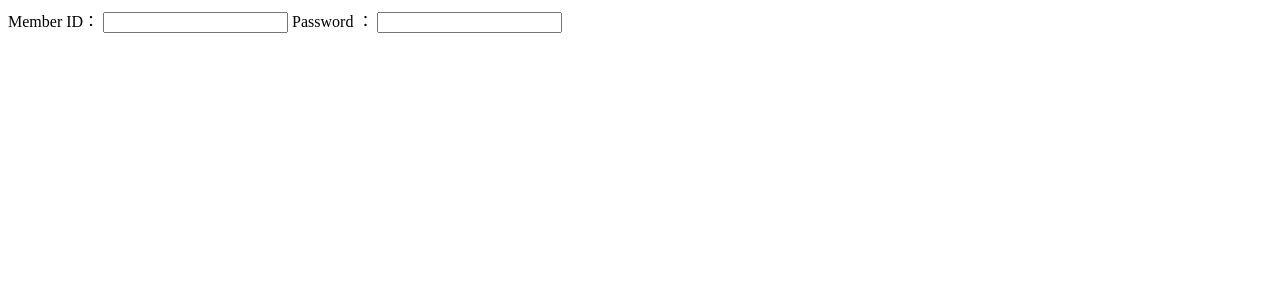
Repository: aiueo20/18ca0155
Page: SSP/kadai0302/WebContent/index.html
The author's editor kept a copy of each file at every save. The page is drawn from the files as they stood at one save, then again after the next save.
The browser window is 1280 px wide. The pictures show the whole page.

Above is the page before, as saved 2018-12-03 03:14:44.

After the next save:
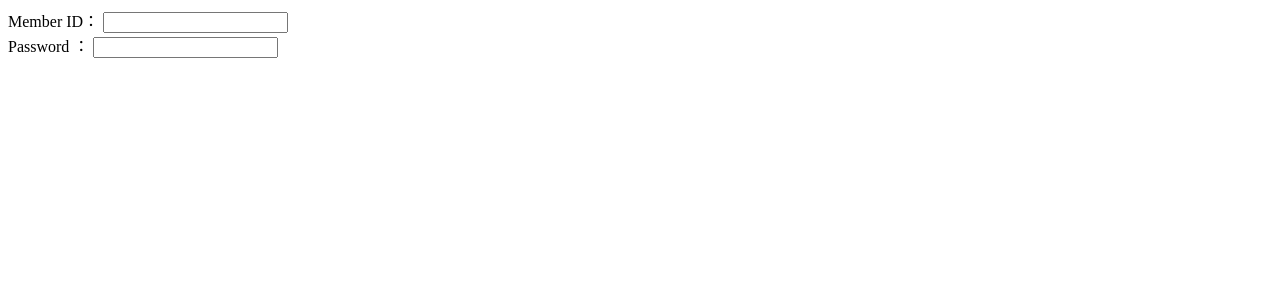
Saved 10 s later.
--- a/SSP/kadai0302/WebContent/index.html
+++ b/SSP/kadai0302/WebContent/index.html
@@ -6,8 +6,9 @@
 </head>
 <body>
 	<form action="" method="get">
-	Member ID： <input type="text"  name = "id">
-	Password ： <input type="password"  name="pw">
+	Member ID： <input type="text"  name = "id"><br>
+	Password ： <input type="password"  name="pw"><br>
+
 
 	</form>
 </body>
